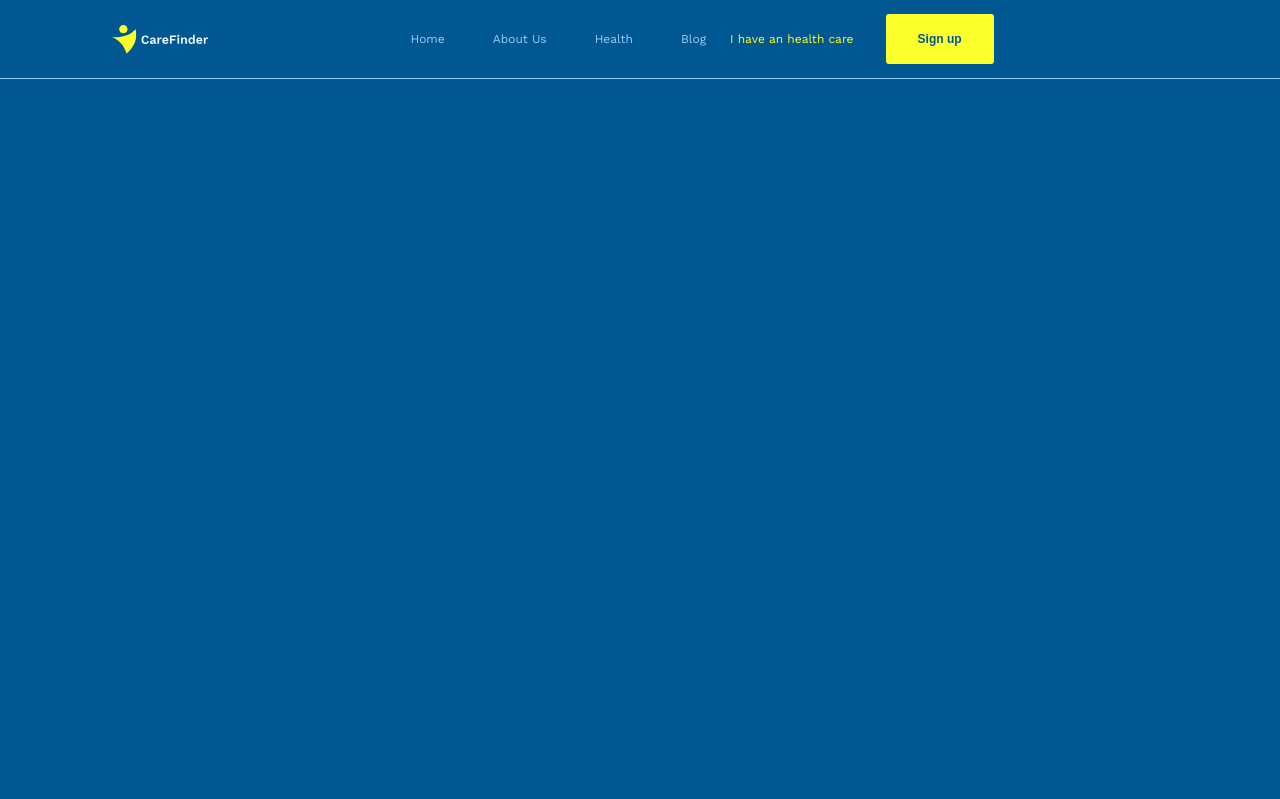
Repository: PreciousOritsedere/Carefinder-App
Page: /
An editor plug-in stored every save of this project. The page is shown before and after a run of saves, followed by the edit.
The browser window is 1280 px wide. The pictures show the whole page.
The project was rebuilt for these pictures with package versions that can differ from the ones it lists, and the page was loaded fresh each time. The framework's server and built-in components were replaced by stand-ins that run in the browser. Also part of the build but not shown: next.config.js, src/Components/Nav_Menu/NavMenu.js.

Above is the page before, as saved 2023-06-12 19:57:12.

After the next 2 saves:
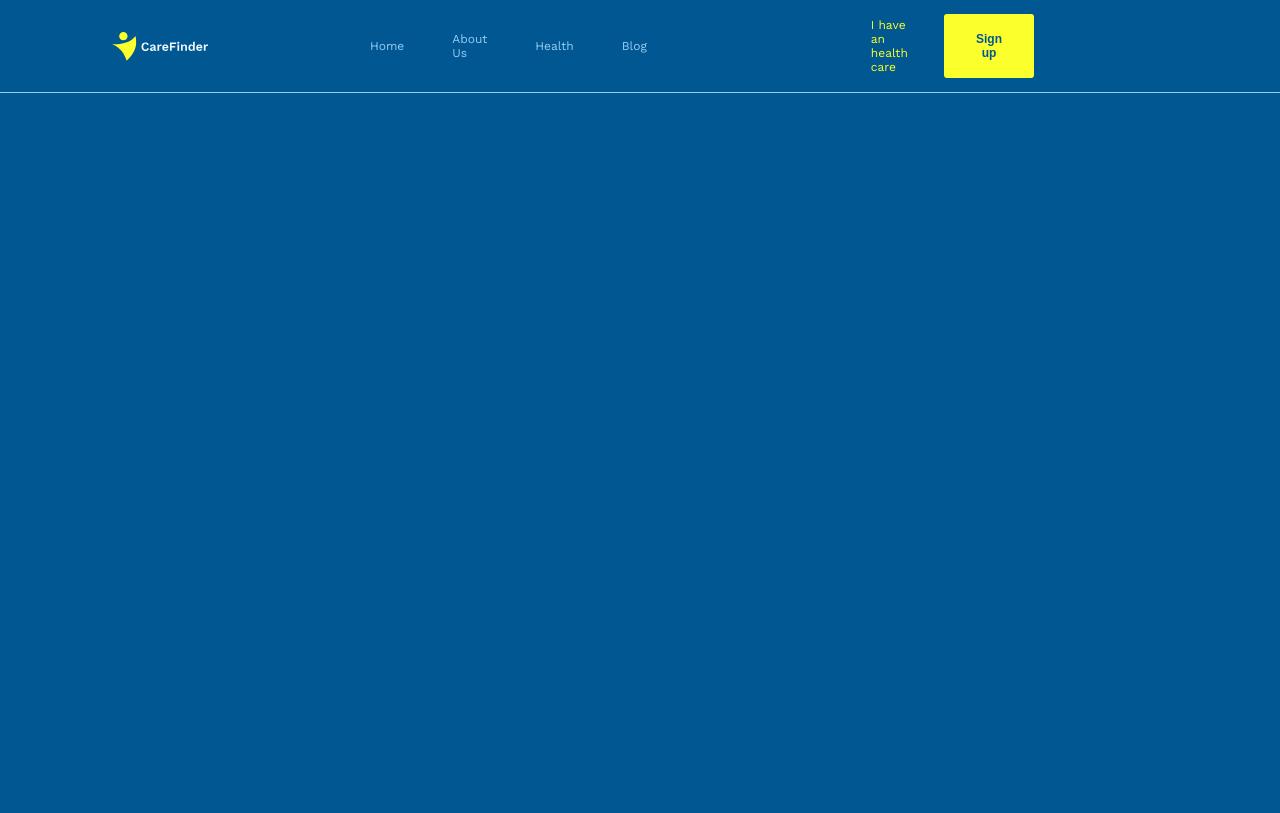
The 2 saves are shown as one change because they came seconds apart.
The last was saved 6 s later.
--- a/src/Components/Nav/Nav.module.css
+++ b/src/Components/Nav/Nav.module.css
@@ -75,8 +75,7 @@
     align-items: center;
     /* justify-content: flex-end; */
     /* justify-content: space-between; */
-    gap: 18
-    6px;
+    gap: 200px;
   }
 
   .hamburger {
